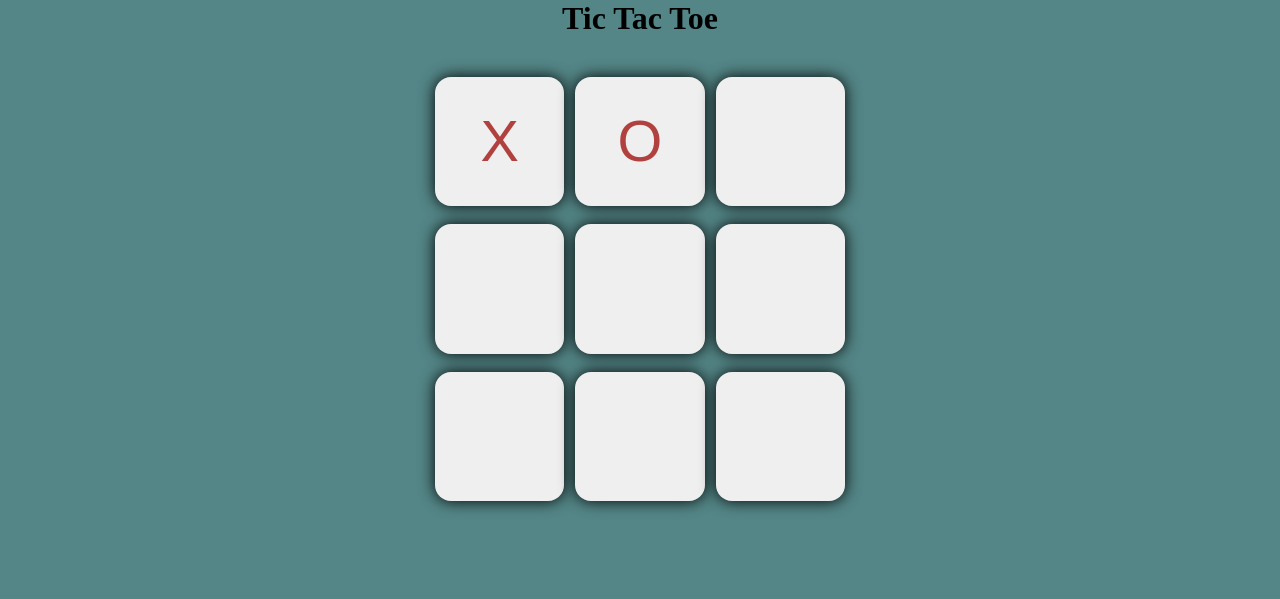
Repository: pankaj-shaw05/Tic-Tac-Toe
Page: index.html
These files come from the project's save history. The page is drawn as it stood at one moment and after the next save; the edit follows.
The browser window is 1280 px wide. The pictures show the whole page.

Above is the page before, as saved 2026-04-07 08:20:31.

After the next save:
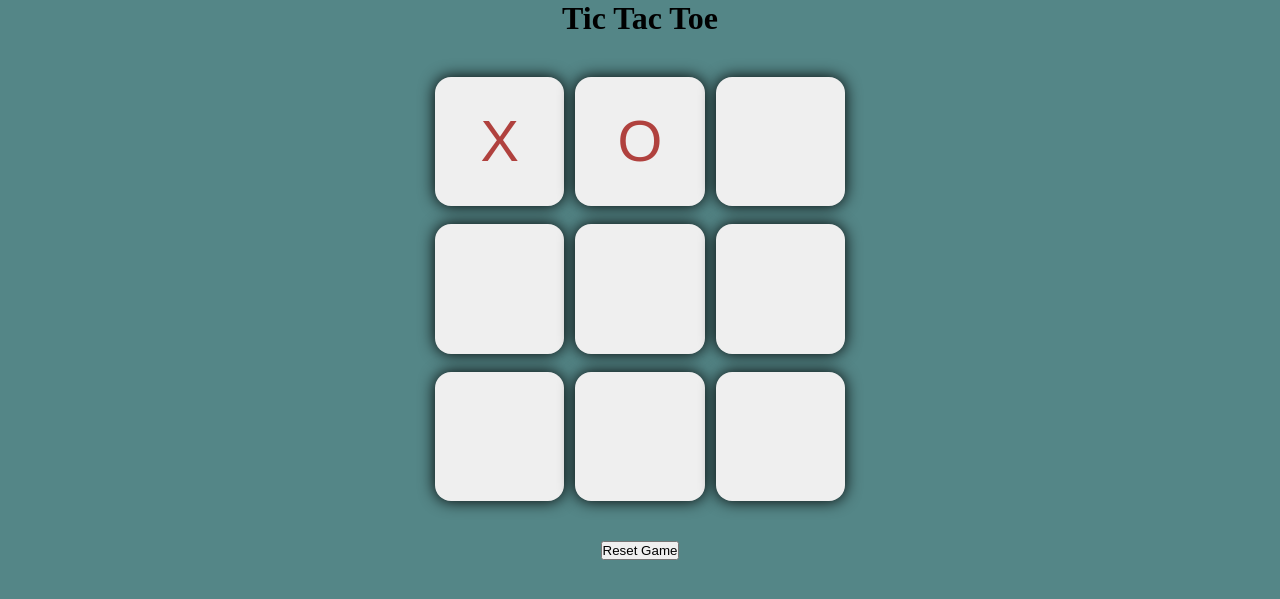
Saved 99 s later.
--- a/index.html
+++ b/index.html
@@ -22,6 +22,7 @@
             <button class="box"></button>
         </div>
         </div>
+        <button id="reset-btn">Reset Game</button>
     </main>
 
 </body>
